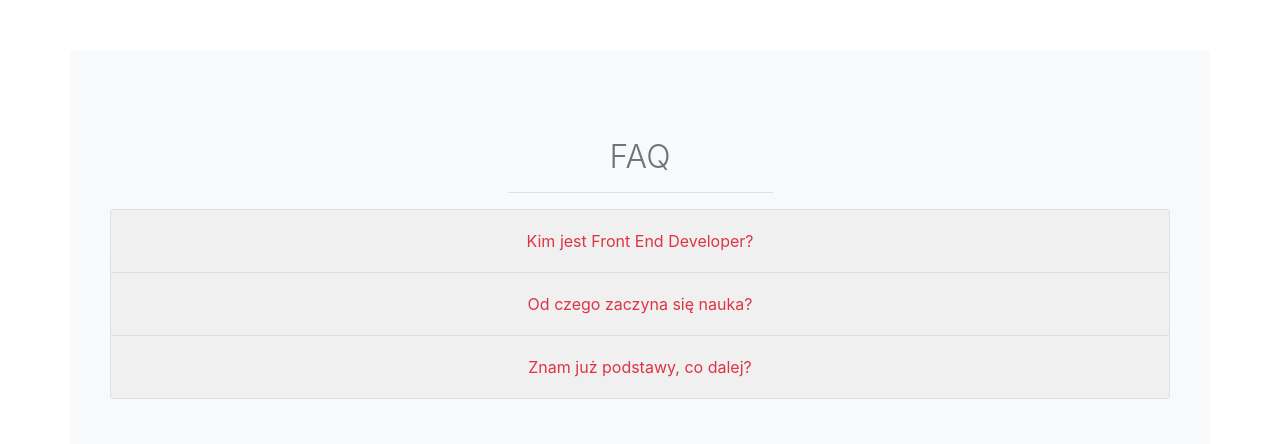
Repository: magdaf41/Bootstrap
Page: zadanie 2/index.html
The author's editor kept a copy of each file at every save. The page is drawn from the files as they stood at one save, then again after the next save.
The browser window is 1280 px wide. The pictures show the whole page.

Above is the page before, as saved 2020-09-19 10:42:09.

After the next save:
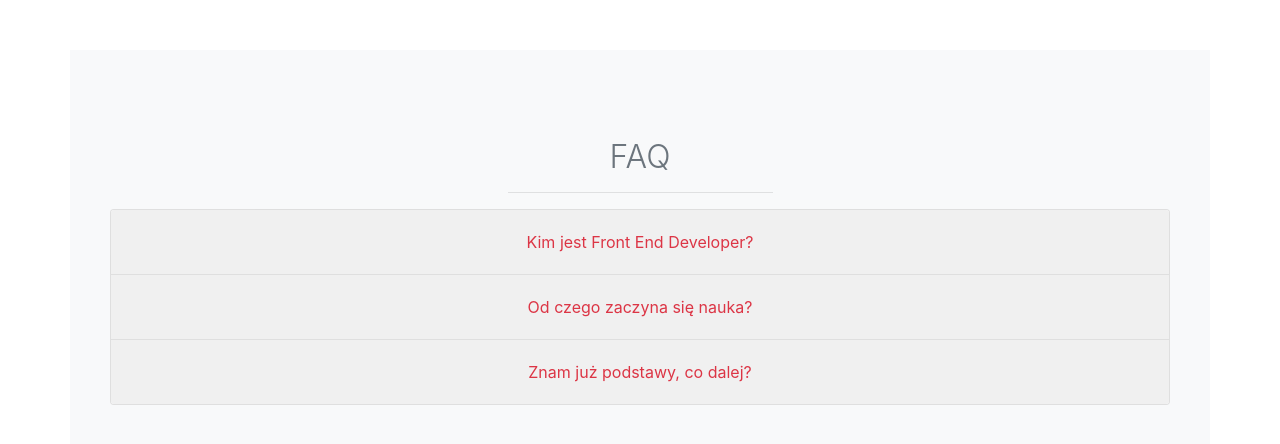
Saved 2 days later.
--- a/zadanie 2/css/style.css
+++ b/zadanie 2/css/style.css
@@ -2,6 +2,9 @@
     font-size: 2em;
 }
 
+button {
+    height: 40px;
+}
 .container {
     padding: 40px;
     margin-top: 50px;
